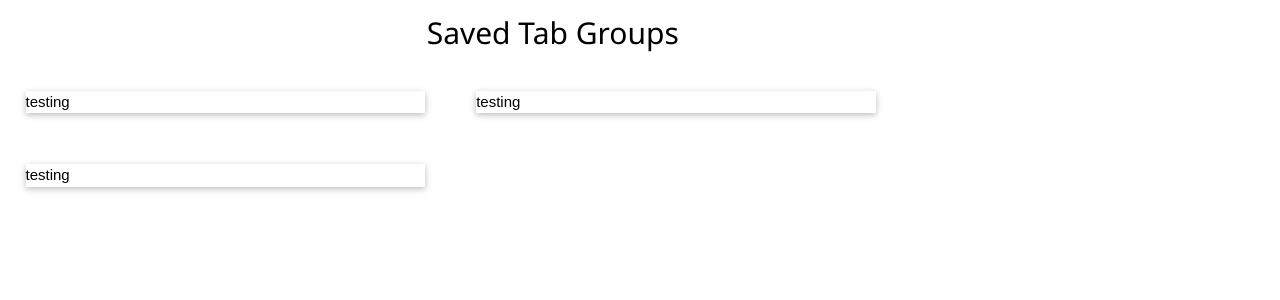
Repository: pixman92/GitTab
Page: background.html
An editor plug-in stored every save of this project. The page is shown before and after the next save, followed by the edit.
The browser window is 1280 px wide. The pictures show the whole page.

Above is the page before, as saved 2020-02-13 21:36:58.
Console error: SyntaxError: Unexpected token '.'

### background.html
<html>
    <head>
    <meta charset="UTF-8">
    <meta name="viewport" content="width=device-width, initial-scale=1.0">
    <meta http-equiv="X-UA-Compatible" content="ie=edge">
    <title>background</title>

    <link rel="stylesheet" href="pure-min.css">
    <link rel="stylesheet" href="w3.css">



    <!-- <script src="https://www.gstatic.com/firebasejs/5.5.9/firebase.js"></script> -->
    <!-- <script src="firebase.js"></script>
    <script src="firestoreStuff.js"></script>
    <script src="helperfunctions.js"></script> -->
    <script src="background.js"></script>
    <script src="backgroundNew.js"></script>
    <script src="TabObj.js"></script>
    <script src="CSS_tweaking.js"></script>

    <link rel="stylesheet" href="styles.css">




</head>
<body>
    <div class="pure-g">
        <div class="pure-u-1-3"></div>
        <div class="pure-u-1-3">
            <h2>Saved Tab Groups</h2>
        </div>
        <div class="pure-u-1-3"></div>

    </div>

    <!-- <h1 id='hello'>Hello</h1> -->

    <div id="placeHolder">
        <!-- <div class="gridSaved"> -->
        <div class="pure-g">
            <div class="margMe pure-u-1-3">
                <div class="w3-card-2">testing</div>
            </div>
            <div class="margMe pure-u-1-3">
                <div class="w3-card-2">testing</div>
            </div>
            <div class="margMe pure-u-1-3">
                <div class="w3-card-2">testing</div>
            </div>
        </div>



        <!-- </div> -->

    </div>

</body>
</html>

### background.js
//file that saves Current tabs on open
//displays all tabs found in BIGTAB
//
//also, to allow for deleting in BIGTAB arr[]

var userBIG;
function makeOrGet(){
    try {
       pullBIG();

    } catch (error) {
        console.log('error', error);
    }
}

### backgroundNew.js

window.onload = ()=>{
    // makeNice();

    makeObjects();

    chrome.storage.sync.get(['saveMe'], (result)=>{
        if(result.saveMe==true){
            pullBIG();
            retrieved.add()
            chrome.storage.sync.set({'saveMe': false});
        }
    });

//    receiveMessage();
}


//========================================

//file reserved for opening & deleting of grouped TAB objects
//soon to be OLD
var str=""; var tabSaved="";
function makeNice(){

    chrome.storage.sync.get(['tabSet'], (result)=>{
        tabSaved = result.tabSet;
        console.log('tab2', tabSaved);

        //========================================
        for(var i=0; i<tabSaved.length; i++){
            //required \" to make URL (a href) work!
            str+=makeStr(["<div class='grid1'>", "<div>","<a target='_blank'  href=\"", tabSaved[i].url.toString(), "\">", tabSaved[i].title.toString(), "</a>", "</div>", "</div>" ]);
        }
        // console.log('str', str);
        document.getElementById('placeHolder').innerHTML = str;

        str="";
    });
}
//========================================

var tabToObj;
var singleNewTABGroup;
function makeObjects(){
    try{
        pullBIG();
    }catch(error){
        console.log('error', error);
    }
    chrome.storage.sync.get(['tabSet'], (result)=>{
        tabToObj = result.tabSet;
        singleNewTABGroup = new SingleTABGroup(tabToObj['title'], tabToObj['tabs']);
        retrieved.add(singleNewTABGroup);
        retrieved.addToStorage();
    });

}

var saveBIGTAB; var retrieved;
function pullBIG(){
    //retrieved - main Variable to work with
    chrome.storage.sync.get(['BIGTAB'], (result)=>{
        saveBIGTAB = result.BIGTAB;
        console.log('saveBIGTAB', saveBIGTAB);
        retrieved = new BIGTAB();


        // retrieved.add(saveBIGTAB);
        for(var i=0; i<saveBIGTAB.length; i++){
            retrieved.add(saveBIGTAB[0]);
        }

        return saveBIGTAB;
    });


}
.



//========================================

//functions to print out HTML




//========================================

function makeStr(arr){
    return arr.join("")
}

function wait(timout){
    return new Promise(resolve=>setTimeout(resolve, timout));
}

### TabObj.js
//file for TAB object framework

var SingleTABGroup = function(title, tabs){
    var tmpDate = new Date();
    this.date = tmpDate;

    this.title = title;
    this.tabs = tabs;
}



class BIGTAB {

    // big = new BIGTAB()
    // big.add(single)
    // big.get()[0] - > dates/title/tabs


    constructor(){
        this.single=[];
    //     this.single.push(SingleTAB);
    }

    add(data){
        if(data){
            this.single.push(data);
        }else{
            console.log('nothing to add');
        }
        console.log('remember to addToStorage()');
        // return single;
    }
    get(){
        return this.single;
    }

    addToStorage(){
        chrome.storage.sync.set({'BIGTAB': this.single});
    }

}

// function replaceBIGTABInStorage(BIGTAB){
//     chrome.storage.sync.set({'BIGTAB': BIGTAB});

// }

### CSS_tweaking.js


// funcitons for tweaking CSS
function cssMe(selector, styleMe, change){
    document.getElementById(selector).style[styleMe] = change;
}

### styles.css
.gridSaved{
    display:grid;
    grid-template-rows: 1fr 1fr;
}

.margBottom{
    margin-bottom: 1em;
}
/* .container{
    width: 23%;
} */

.center{
    margin-left: auto;
    margin-right: auto;
    width: 50%;
}

.margMe{
    margin:.8em;
    padding: .9em;
}

Loaded but not shown: pure-min.css (library); w3.css (library)

After the next save:
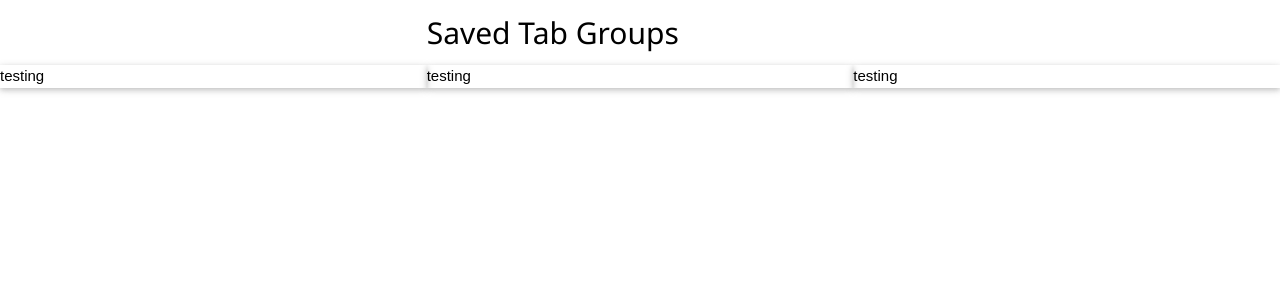
Saved 27 s later.
--- a/background.html
+++ b/background.html
@@ -40,13 +40,13 @@
     <div id="placeHolder">
         <!-- <div class="gridSaved"> -->
         <div class="pure-g">
-            <div class="margMe pure-u-1-3">
+            <div class="pure-u-1-3">
                 <div class="w3-card-2">testing</div>
             </div>
-            <div class="margMe pure-u-1-3">
+            <div class="pure-u-1-3">
                 <div class="w3-card-2">testing</div>
             </div>
-            <div class="margMe pure-u-1-3">
+            <div class="pure-u-1-3">
                 <div class="w3-card-2">testing</div>
             </div>
         </div>
